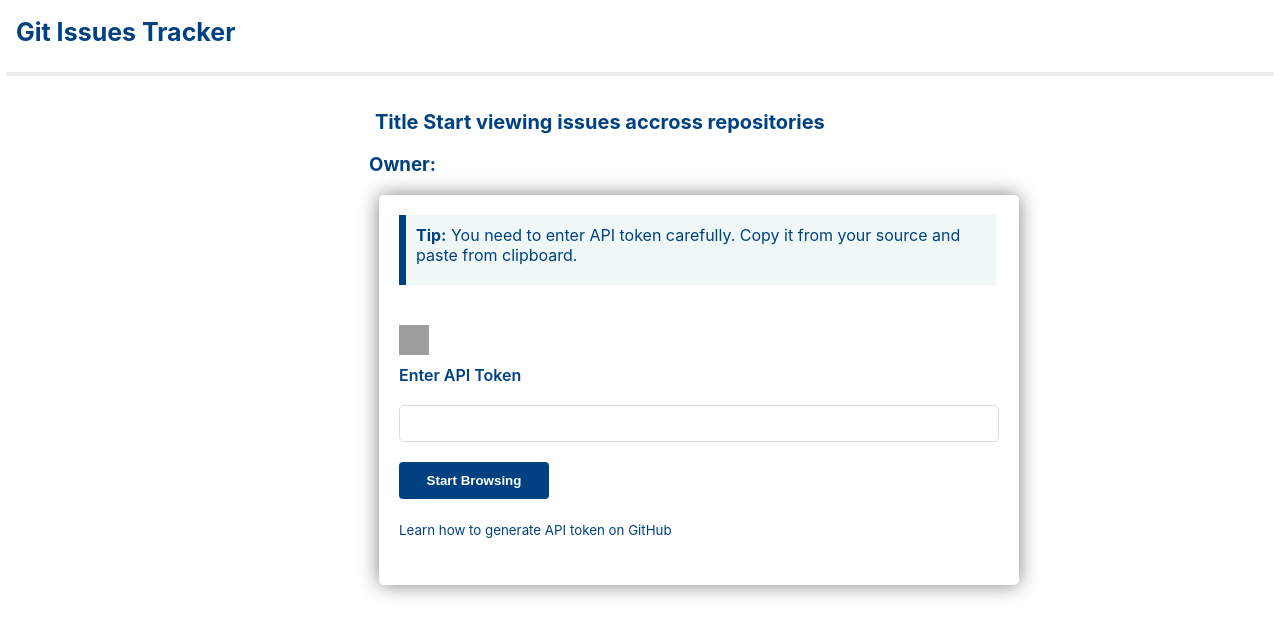
Repository: duzzisantos/github-repos-react-graphql
Page: /
An editor plug-in stored every save of this project. The page is shown before and after the next save, followed by the edit.
The browser window is 1280 px wide. The pictures show the whole page.
Pictures or frames that could not be fetched are drawn as grey boxes. The project was rebuilt for these pictures with package versions that can differ from the ones it lists, and the page was loaded fresh each time. Also part of the build but not shown: src/components/table/tables.scss, src/components/table/Filters.tsx, src/components/table/Pagination.tsx, src/components/table/TableComponent.tsx, src/components/table/columnHelpers.ts, src/utilities/funtions.ts, src/pages/Repositories.tsx, src/pages/ViewRepository.tsx.

Above is the page before, as saved 2024-06-17 21:00:27.

After the next save:
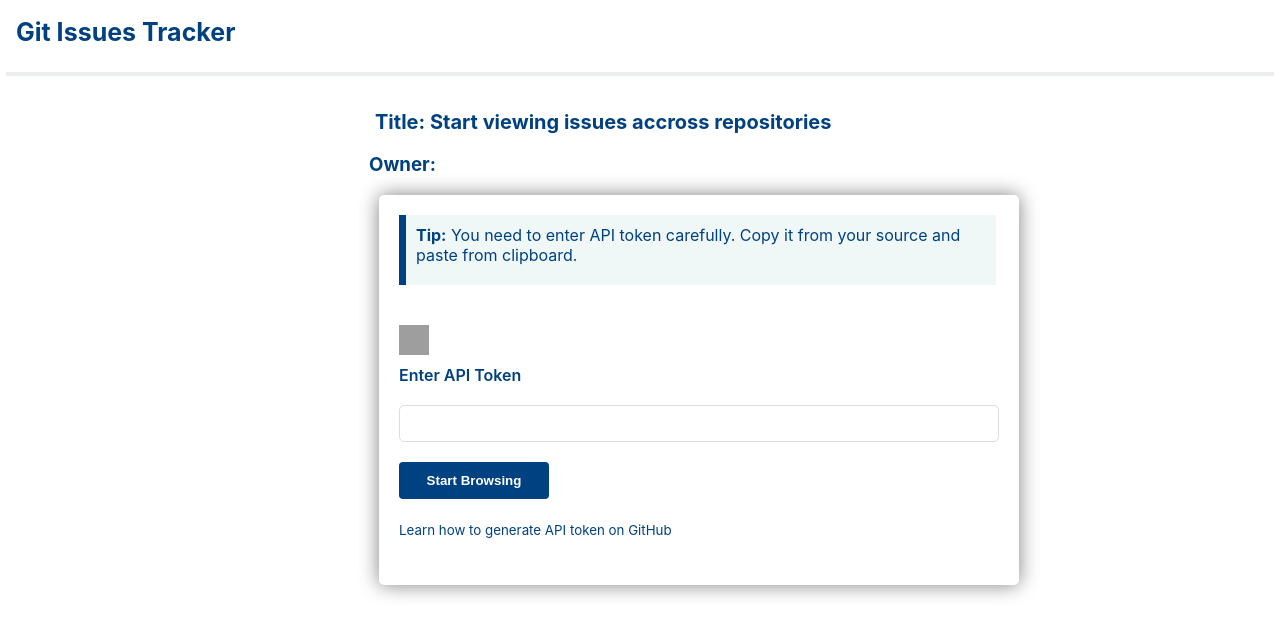
Saved 6 s later.
--- a/src/components/Container.tsx
+++ b/src/components/Container.tsx
@@ -14,7 +14,7 @@ const Container = ({
   return (
     <main className="container">
       <section>
-        <h2>Title {pageSubTitle}</h2>
+        <h2>Title: {pageSubTitle}</h2>
         <h3>Owner: {repositoryOwner}</h3>
         {children}
       </section>
